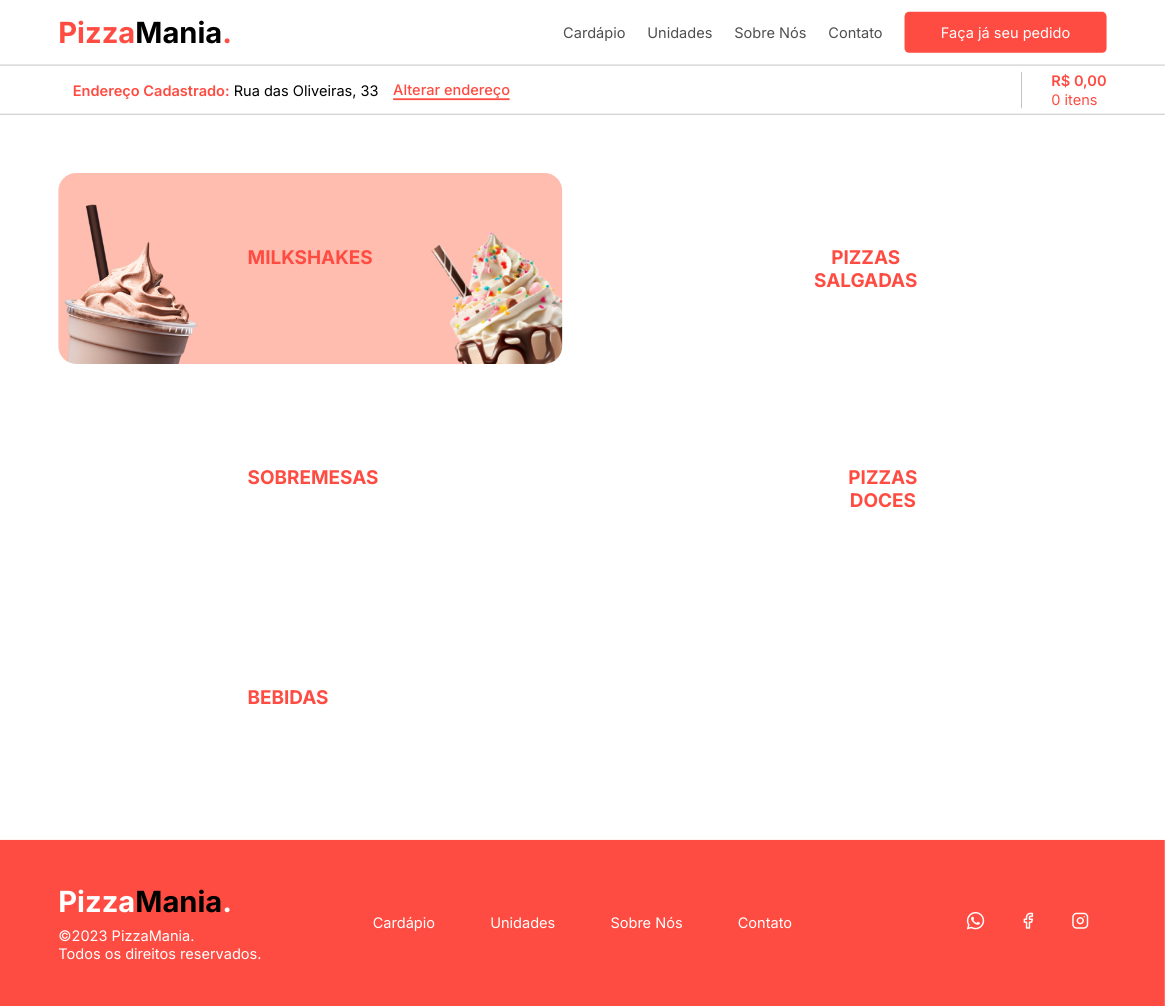
Repository: lucas-albuq/PizzaMania
Page: assets/pages/cardapio.html
These files come from the project's save history. The page is drawn as it stood at one moment and after the next save; the edit follows.
The browser window is 1280 px wide. The pictures show the whole page, at 91% of full size.
Some icons come from a web library that is not loaded, so they are not drawn. Some web libraries are served in a nearby version.

Above is the page before, as saved 2024-01-04 20:57:09.

### assets/pages/cardapio.html
<!DOCTYPE html>
<html lang="en">
<head>
    <meta charset="UTF-8">
    <meta name="viewport" content="width=device-width, initial-scale=1.0">
    <title>PizzaMania. - Cardápio</title>
    <link rel='stylesheet' href='https://cdn-uicons.flaticon.com/2.0.0/uicons-regular-rounded/css/uicons-regular-rounded.css'>
    <link rel="stylesheet" href="/assets/fonts/style.css">
    <link rel="stylesheet" href="/assets/css/pizzamania.css">
</head>
<body>
    <div id="header"></div>
    <main>
        <div class="categorias-cardapio">
            <div class="milkshakes">
                <h2>Milkshakes</h2>
            </div>
            <div class="pizzas-salgadas">
                <h2>Pizzas <br>Salgadas</h2>
            </div>
            <div class="sobremesas">
                <h2>Sobremesas</h2>
            </div>
            <div class="pizzas-doces">
                <h2>Pizzas <br>Doces</h2>
            </div>
            <div class="bebidas">
                <h2>Bebidas</h2>
            </div>
        </div>
    </main>
    <div id="footer"></div>
    <script src="https://ajax.googleapis.com/ajax/libs/jquery/3.1.0/jquery.min.js"></script>
    <script src="../../main.js"></script>
</body>
</html>

### assets/fonts/style.css
@font-face {
  font-family: 'icomoon';
  src:  url('fonts/icomoon.eot?r532as');
  src:  url('fonts/icomoon.eot?r532as#iefix') format('embedded-opentype'),
    url('fonts/icomoon.ttf?r532as') format('truetype'),
    url('fonts/icomoon.woff?r532as') format('woff'),
    url('fonts/icomoon.svg?r532as#icomoon') format('svg');
  font-weight: normal;
  font-style: normal;
  font-display: block;
}

[class^="icon-"], [class*=" icon-"] {
  /* use !important to prevent issues with browser extensions that change fonts */
  font-family: 'icomoon' !important;
  speak: never;
  font-style: normal;
  font-weight: normal;
  font-variant: normal;
  text-transform: none;
  line-height: 1;

  /* Better Font Rendering =========== */
  -webkit-font-smoothing: antialiased;
  -moz-osx-font-smoothing: grayscale;
}

.icon-delivery:before {
  content: "\e909";
}
.icon-pizza:before {
  content: "\e90a";
}
.icon-fatia:before {
  content: "\e90b";
}
.icon-whatsapp:before {
  content: "\e900";
}
.icon-brand:before {
  content: "\e900";
}
.icon-social:before {
  content: "\e900";
}
.icon-facebook:before {
  content: "\e902";
}
.icon-instagram:before {
  content: "\e903";
}
.icon-mail:before {
  content: "\e904";
}
.icon-map-pin:before {
  content: "\e905";
}
.icon-menu:before {
  content: "\e901";
}
.icon-phone:before {
  content: "\e906";
}
.icon-x:before {
  content: "\e907";
}
.icon-youtube:before {
  content: "\e908";
}

### assets/css/pizzamania.css
@import url('https://fonts.googleapis.com/css2?family=Inter:wght@100;200;300;400;500;600;700;800;900&display=swap');

:root {
  --base-hue: 3;
  --primary-color: hsl(var(--base-hue), 100%, 63%);
  --secondary-color: hsl(var(--base-hue), 0%, 0%);
  --text-color: hsl(var(--base-hue), 0%, 31%);
  --text-hover-color: hsl(var(--base-hue), 0%, 51%);
  --background-color: hsl(var(--base-hue), 0%, 100%);
  --button-background: hsl(var(--base-hue), 100%, 63%);
  --button-hover-background: hsl(var(--base-hue), 67%, 47%);
  --divider-color: hsl(var(--base-hue), 0%, 75%);
  --shadow-color:rgba(0, 0, 0, 0.25);
  --box-shadow: 0px 2px 8px 0px rgba(0, 0, 0, 0.25);
}

* {
  padding: 0;
  margin: 0;
  scroll-behavior: smooth;
  font-family: 'Inter', sans-serif;
  box-sizing: border-box;
}

header {
  display: flex;
  flex-direction: column;
  align-items: center;
}

main{
  max-width: 80em;
  width: 90%;
  margin: 4em auto;
  display: flex;
  flex-direction: column;
  gap: 4em;
}

section{
  display: flex;
  flex-direction: column;
  gap: 2em;
}

h2{
  font-size: 1.3em;
  color: var(--primary-color);
  text-transform: uppercase;
}

h3{
  font-size: 1.2em;
}

.header1, .header2 {
  display: flex;
  max-width: 80em;
  width: 90%;
  justify-content: space-between;
  align-items: center;
}

.header1 {
  padding: .8em 0;
}

.header2 {
  padding: .4em 0;
}

.header1 h1 a {
  color: var(--primary-color);
  font-size: 2rem;
}

.header1 h1 span {
  color: var(--secondary-color);
}

.header1_menus {
  display: flex;
  gap: 1.5em;
}

.header1 nav {
  display: flex;
  align-items: center;
}

.header1 ul {
  display: flex;
  list-style-type: none;
  align-items: center;
  justify-content: center;
  gap: 1.5em;
  align-items: center;
}

.header1 a {
  text-decoration: none;
  color: var(--text-color);
  font-size: 1rem;
  transition: color .2s;
}

.header1 nav a:hover {
  color: var(--text-hover-color);
}

.header1 button {
  padding: .8em 2.5em;
  border-radius: 5px;
  line-height: initial;
  align-self: center;
  background-color: var(--button-background);
  border: none;
  color: #FFF;
  font-size: 1rem;
  cursor: pointer;
  transition: background .2s;
}

.header1 button:hover {
  background-color: var(--button-hover-background);
}

.divider {
  border-bottom: 1px solid var(--divider-color);
  width: 100%;
}

.header2 .endereco, .header2 .carrinho {
  display: flex;
  gap: 1em;
  align-items: center;
}

.header2 .carrinho {
  border-left: 1px solid var(--divider-color);
  padding-left: 1em;
  cursor: pointer;
}

.header2 .fi, .header2 span, .carrinho p {
  color: var(--primary-color);
  transition: color .2s;
}

.header2 .endereco button {
  background: none;
  border: none;
  font-size: 1rem;
  color: var(--primary-color);
  font-weight: 500;
  border-bottom: 2px solid var(--primary-color);
  cursor: pointer;
  transition: color .2s;
}

.header2 .endereco button:hover {
  color: var(--button-hover-background);
  border-color: var(--button-hover-background);
}

.header2 .carrinho:hover .valor p, .carrinho:hover .fi {
  color: var(--button-hover-background);
}

.header2 span, .carrinho p:first-child {
  font-weight: 600;
}

footer{
  background-color: var(--primary-color);
}
footer .footer{
  display: flex;
  max-width: 80em;
  width: 90%;
  margin: 0 auto;
  justify-content: space-between;
  align-items: center;
  padding: 3em 0;
}
.footer .footer-menu{
  width: 40%;
}
.footer .footer-menu ul{
  display: flex;
  list-style-type: none;
  justify-content: space-between;
}
.footer .footer-menu a{
  color: var(--background-color);
  text-decoration: none;
  transition: color .2s
}
.footer-menu a:hover{
  color: var(--divider-color)
}
.footer-logo-copy, .footer-social-medias{
  width: 20%;
}
.footer-social-medias{
  display: flex;
  justify-content: end;
  align-items: center;
}
.footer-social-medias a{
  text-decoration: none;
}
.footer-social-medias div {
  color: var(--background-color);
  font-size: 1.2rem;
  padding: 1em;
  transition: all .5s ease;
}

.footer-social-medias div:hover {
  transform: translateY(-5px);
}
.footer-social-medias div::after{
  content: "";
  display: block;
  width: 0;
  height: 3px;
  margin-top: 3px;
  border-radius: 5px;
  background: var(--background-color);
  transition: all .2s ease;
}
.footer-social-medias div:hover::after{
  width: 100%;
}
.footer-logo-copy{
  display: flex;
  flex-direction: column;
  gap: .5em;
  color: var(--background-color)
}
.footer-logo-copy a{
  color: var(--background-color);
  text-decoration: none;
}
.footer-logo-copy a span{
  color: var(--secondary-color);
}
.servicos > div{
  display: flex;
  justify-content: space-between;
}
.servicos > div > div{
  box-shadow: var(--box-shadow);
  display: flex;
  flex-direction: column;
  align-items: center;
  justify-content: center;
  padding: 2.5em;
  width: 30%;
  gap: 1.5em;
  border-radius: 20px;
  border-bottom: var(--primary-color) solid 8px;
}

.servicos img{
  height: 3.5em;
}

.servicos p{
  text-align: center;
}

.carrossel .swiper {
  width: 100%;
  aspect-ratio: 16/6;
  border-radius: 20px;
}
.carrossel .swiper img{
  width: 100%;
  aspect-ratio: 16/6;
  filter: brightness(75%);
}
.swiper-pagination-bullet{
  padding: 3px;
}
.swiper-pagination-bullet-active{
  background: var(--primary-color);
}
.swiper-button-next, .swiper-button-prev{
  color: #FFF
}
.promocoes .swiper-slide, .assessments .swiper-slide{
  padding: 1em .2em;
}
.promocoes .card{
  display: flex;
  flex-direction: column;
  padding: 2em;
  gap: 2em;
  box-shadow: var(--box-shadow);
  border-radius: 20px;
}
.promocoes .card-top, .promocoes .card-bottom{
  display: flex;
  justify-content: space-between;
}
.promocoes .card-top-text{
  width: 65%;
  display: flex;
  flex-direction: column;
  gap: 1em;
}
.promocoes .card-top-image{
  width: 35%;
}
.promocoes .card-top-image img{
  width: 100%;
}
.promocoes .card-bottom p span{
  font-weight: bold;
  font-size: 1.2em;
}
.promocoes .card-bottom button{
  border: none;
  background: var(--button-background);
  padding: 0 3em;
  border-radius: 5px;
  color: #FFF;
  font-size: 1rem;
  cursor: pointer;
  transition: background .2s;
}
.promocoes .card-bottom button:hover{
  background: var(--button-hover-background);
}
.swiper-container{
  overflow: hidden;
}
/*Novamente reutilizando código antigo meu (é meu msm)*/
.assessments .assessments__container .swiper-wrapper{
  display: flex;
  flex-wrap: nowrap;
}
.assessments .assessments__container .assessments__assessment blockquote{
  padding: 2em;
  box-shadow: var(--box-shadow);
  border-radius: 20px;
  height: auto;
  width: 100%;
}
.assessments .assessments__container .assessments__assessment p{
  position: relative;
  text-indent: 1.875rem;
  margin-bottom: 1.5rem;
  color: var(--title-color);
}
.assessments .assessments__container .assessments__assessment p span{
  font-size: 4rem;
  font-family: serif;
  font-weight: 700;
  position: absolute;
  color: var(--primary-color);
  top: -1.375rem;
  left: -2.300rem;
}
.assessments .assessments__container .assessments__assessment cite {
  display: flex;
  align-items: center;
  font-style: normal;
  text-transform: capitalize;
}
.assessments .assessments__container .assessments__assessment cite img{
  height: 2rem;
  width: 2rem;
  object-fit: cover;
  clip-path: circle();
  margin-right: 0.5rem;
}
.categorias-cardapio{
  display: flex;
  flex-wrap: wrap;
  gap: 2em;
  justify-content: space-between;
}
.categorias-cardapio > div{
  padding: 5em 13em;
  text-align: center;
  border-radius: 20px;
}
.categorias-cardapio .milkshakes{
  background-image: url("/assets/images/Milkshakes.png");
  background-size: 100%;
  background-position: ;
  background-repeat: no-repeat;

}

### main.js
document.addEventListener('DOMContentLoaded', function() {
    const header = document.getElementById('header');
    const footer = document.getElementById('footer');

    fetch('/assets/html/header.html')
        .then(response => response.text())
        .then(data => {
            header.innerHTML = data;

            const fazerPedido = document.querySelector(".header1_menus button");
            fazerPedido.addEventListener("click", () => window.open('./assets/pages/cardapio.html', '_self'));
        });

    fetch('/assets/html/footer.html')
        .then(response => response.text())
        .then(data => {
            footer.innerHTML = data;
        });
});

### assets/html/header.html
<header>
        <div class="header1">
            <h1><a href="/index.html">Pizza<span>Mania</span>.</a></h1>
            <div class="header1_menus">
                <nav>
                    <ul>
                        <li><a href="#">Cardápio</a></li>
                        <li><a href="#">Unidades</a></li>
                        <li><a href="#">Sobre Nós</a></li>
                        <li><a href="#">Contato</a></li>
                    </ul>
                </nav>
                <button>
                    Faça já seu pedido
                </button>
            </div>
        </div>
        <div class="divider"></div>
        <div class="header2">
            <div class="endereco">
                <i class="fi fi-rr-home"></i>
                <p><span>Endereço Cadastrado:</span> Rua das Oliveiras, 33</p>
                <button>Alterar endereço</button>
            </div>
            <div class="carrinho">
                <i class="fi fi-rr-shopping-cart"></i>
                <div class="valor">
                    <p>R$ 0,00</p>
                    <p>0 itens</p>
                </div>
            </div>
        </div>
        <div class="divider"></div>
    </header>

### assets/html/footer.html
<footer>
    <div class="footer">
        <div class="footer-logo-copy">
            <h1><a href="/index.html">Pizza<span>Mania</span>.</a></h1>
            <p>
                ©2023 PizzaMania. <br>
                Todos os direitos reservados.
            </p>
        </div>
        <nav class="footer-menu">
            <ul>
                <li><a href="">Cardápio</a></li>
                <li><a href="">Unidades</a></li>
                <li><a href="">Sobre Nós</a></li>
                <li><a href="">Contato</a></li>
            </ul>
        </nav>
        <div class="footer-social-medias">
            <a href="#">
                <div class="icon-whatsapp"></div>
            </a>
            <a href="#">
                <div class="icon-facebook"></div>
            </a>
            <a href="#">
                <div class="icon-instagram"></div>
            </a>
        </div>
    </div>
</footer>

After the next save:
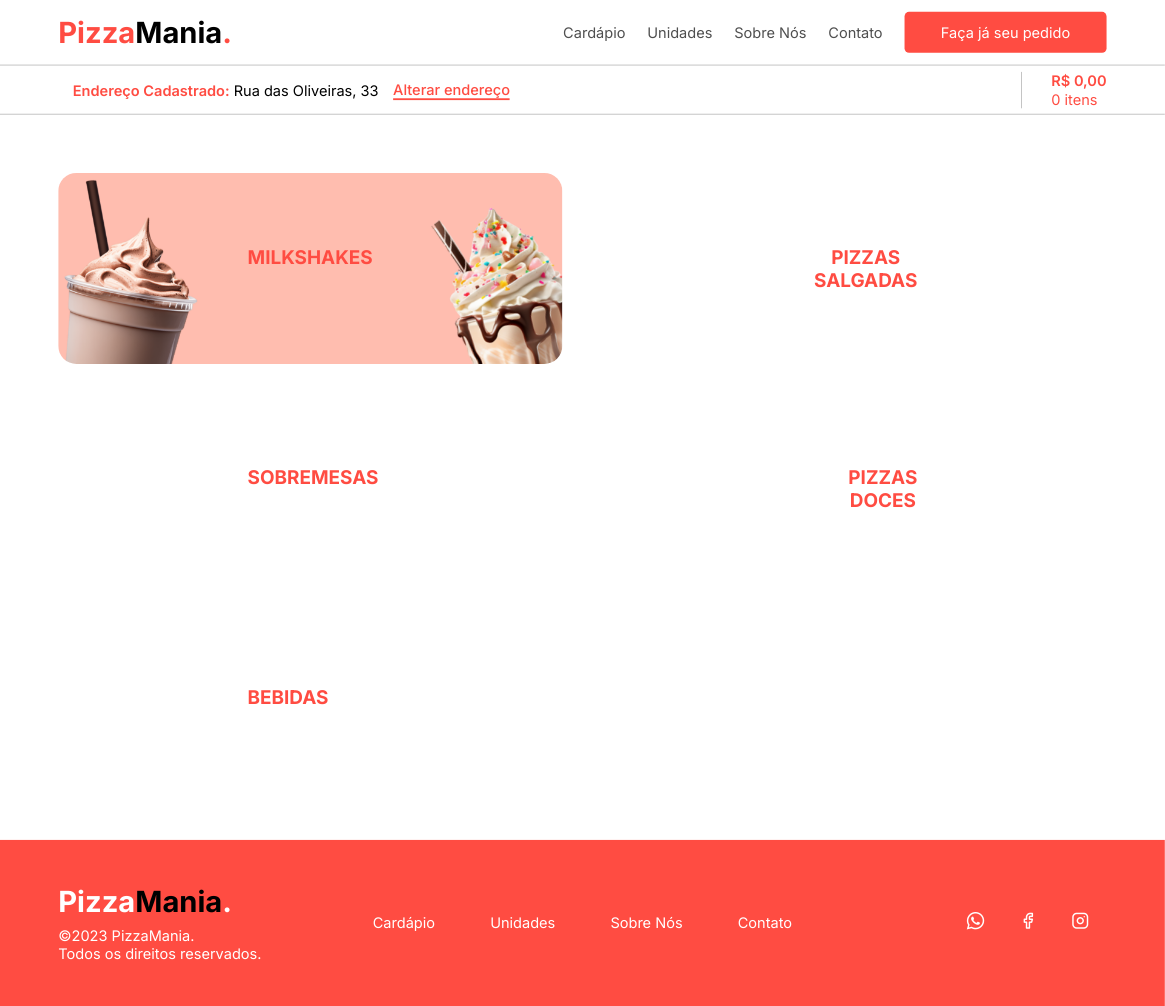
Saved 4 s later.
--- a/assets/css/pizzamania.css
+++ b/assets/css/pizzamania.css
@@ -391,7 +391,7 @@ footer .footer{
 .categorias-cardapio .milkshakes{
   background-image: url("/assets/images/Milkshakes.png");
   background-size: 100%;
-  background-position: ;
+  background-position: center;
   background-repeat: no-repeat;
 
 }
